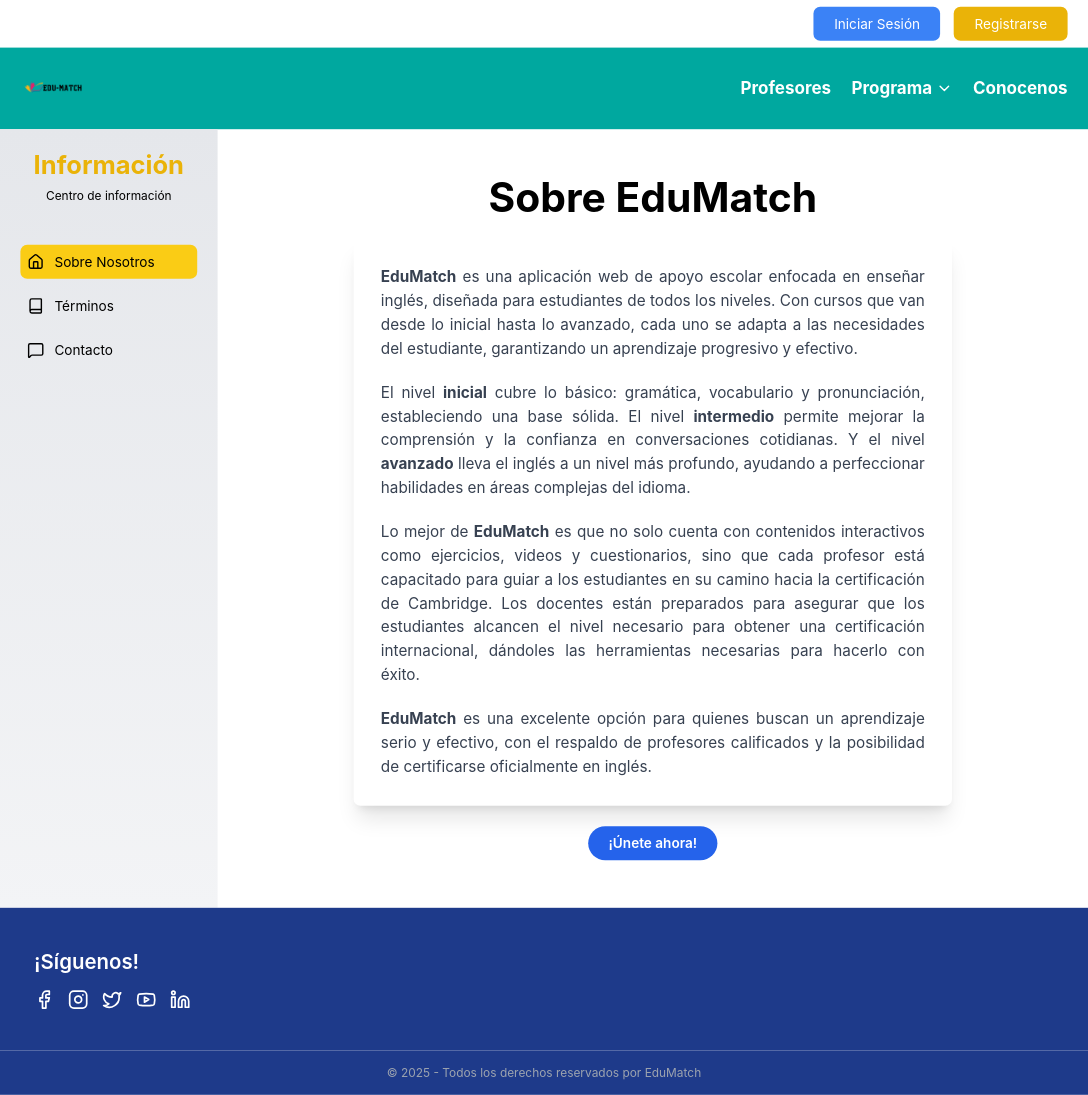
Repository: sofikalpin/EduMatch
Page: /informacion (app in frontend-sistema-apoyo/frontend-sistema-apoyo/)
These files come from the project's save history. The page is drawn as it stood at one moment and after the next save; the edit follows.
The browser window is 1280 px wide. The pictures show the whole page, at 85% of full size.
The project was rebuilt for these pictures with package versions that can differ from the ones it lists, and the page was loaded fresh each time. Also part of the build but not shown: frontend-sistema-apoyo/frontend-sistema-apoyo/src/componentes/inicio/ProgramDropdown.js, frontend-sistema-apoyo/frontend-sistema-apoyo/src/componentes/inicio/Inicio.js, frontend-sistema-apoyo/frontend-sistema-apoyo/src/componentes/login/Login.css, frontend-sistema-apoyo/frontend-sistema-apoyo/src/componentes/login/LoginUtils.js, frontend-sistema-apoyo/frontend-sistema-apoyo/src/componentes/login/Login.js, frontend-sistema-apoyo/frontend-sistema-apoyo/src/componentes/registrar/Registrar.css, frontend-sistema-apoyo/frontend-sistema-apoyo/src/componentes/registrar/Registrar.js, frontend-sistema-apoyo/frontend-sistema-apoyo/src/componentes/perfil/Perfil.js and 4 more.

Above is the page before, as saved 2025-01-28 15:03:08.

After the next save:
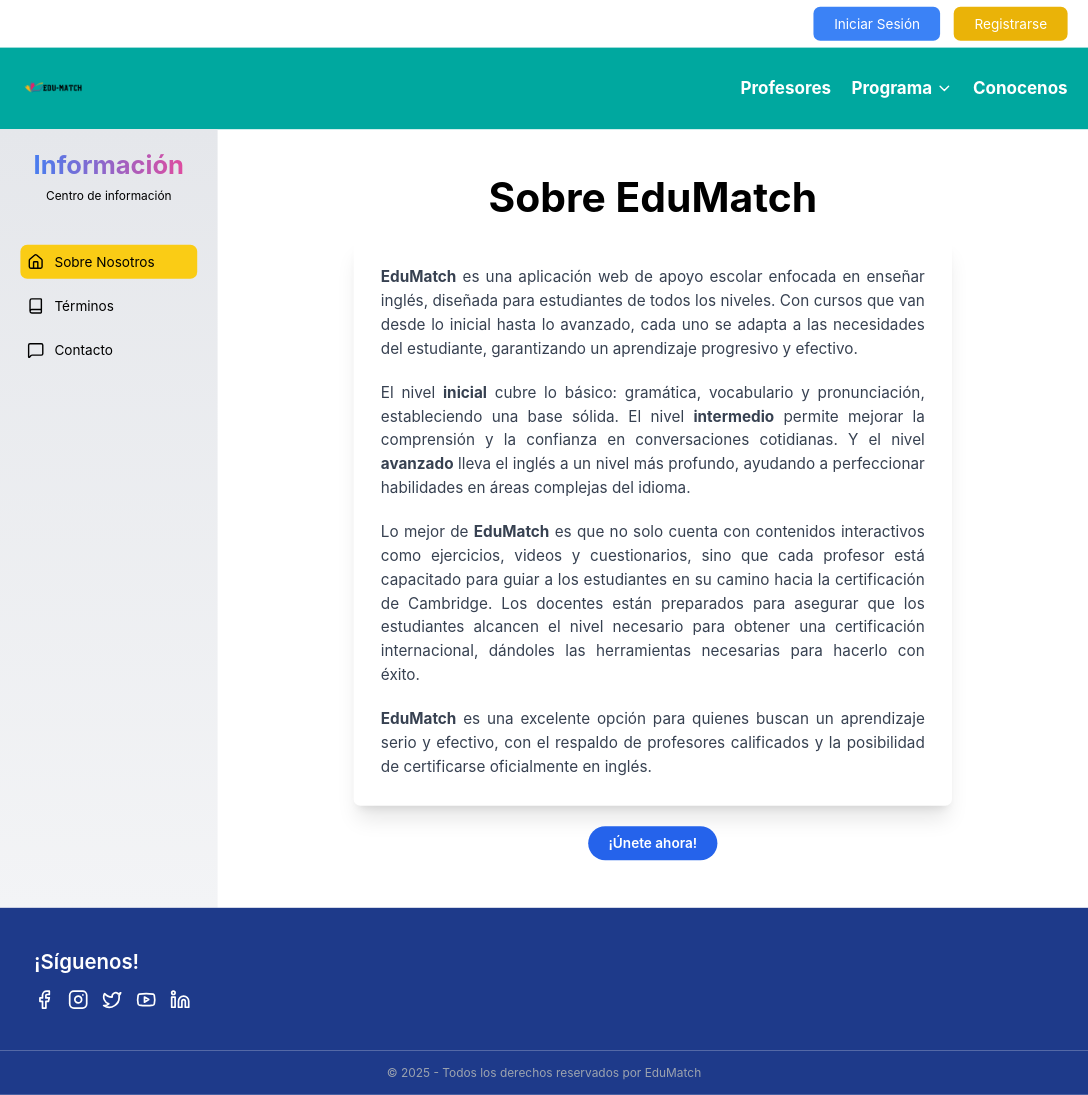
Saved 7 s later.
--- a/frontend-sistema-apoyo/frontend-sistema-apoyo/src/componentes/inicio/Informacion.js
+++ b/frontend-sistema-apoyo/frontend-sistema-apoyo/src/componentes/inicio/Informacion.js
@@ -172,7 +172,7 @@ const TerminosYCondiciones = () => (
 const Navigation = ({ currentPage, setCurrentPage }) => (
   <nav className="w-64 bg-gradient-to-b from-gray-200 to-gray-100 p-6">
     <div className="mb-12">
-      <h2 className="text-3xl font-bold text-transparent bg-clip-text text-yellow-500">
+      <h2 className="text-3xl font-bold text-transparent bg-clip-text text-center bg-gradient-to-r from-blue-500 to-pink-500">
         Información
       </h2>
       <p className="text-black-400 text-sm mt-2">Centro de información</p>
